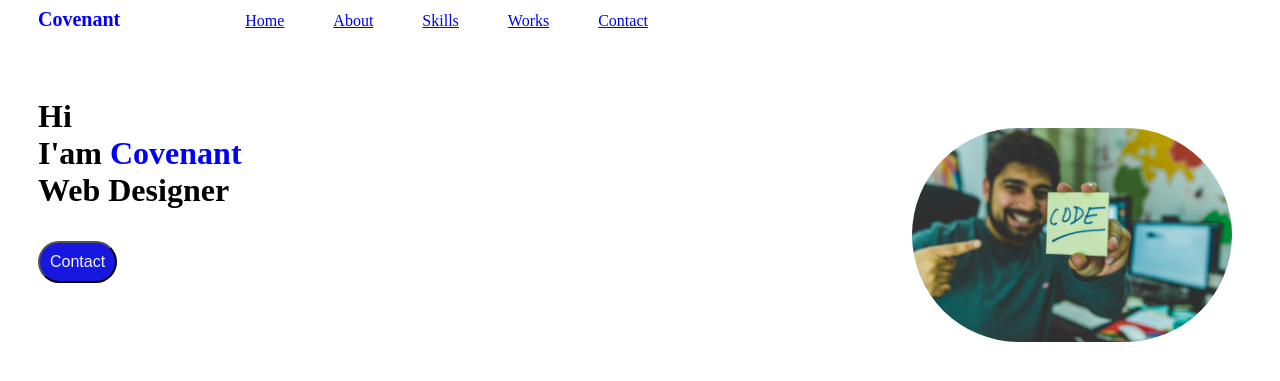
Repository: Tobby004/bdc-assignment-1
Page: index.html
These files come from the project's save history. The page is drawn as it stood at one moment and after the next save; the edit follows.
The browser window is 1280 px wide. The pictures show the whole page.

Above is the page before, as saved 2023-02-09 11:18:02.

### index.html
<!DOCTYPE html>
<html lang="en">
<head>
    <meta charset="UTF-8">
    <meta http-equiv="X-UA-Compatible" content="IE=edge">
    <meta name="viewport" content="width=device-width, initial-scale=1.0">
    <title>Document</title>
    <link rel="stylesheet" href="task.css">
</head>
<body>
    <header>
        <b>
            Covenant
        </b>
        <a href="#">
            Home</a>
            <a href="#">About</a>
            <a href="#">Skills</a>
            <a href="#">Works</a>
            <a href="#">Contact</a>
    </header>
    <br>
    <br>
    <div id="wrapper">
   <img src="image/Cov.jpg">

   <h1>Hi <br> I'am <b>Covenant</b><br> Web Designer</h1>
<button>Contact</button>
    </div>
</body>
</html>

### task.css
* {
    box-sizing: border-box;
}
header{
    max-width: 500%;
    display: flexbox;
    color: blue;
    margin-left: 20px;
}
header b {
font-size: 20px;
padding: 10px;
margin-right: 100px;
width: 100%;
justify-content: space-between;
}
header a {
    max-width: 500%;
    margin-inline-end: 50px;
    padding: 10px;
    margin-right: 25px;
}
img{
    width: 400px;
    padding: 40px;
    float: right;
    border-radius: 500px;
}
h1 b {
    color: blue;
}
button {
    background-color: rgb(23, 23, 224);
    font-size: medium;
    display: block;
    color: whitesmoke;
    padding: 10px;
    border-radius: 35px;
    margin-left: 30px;
}
h1 {
    padding-block-end: 10px;
    padding-block: 10px;
    stroke-width: 10px;
    margin-left: 30px;
}

After the next save:
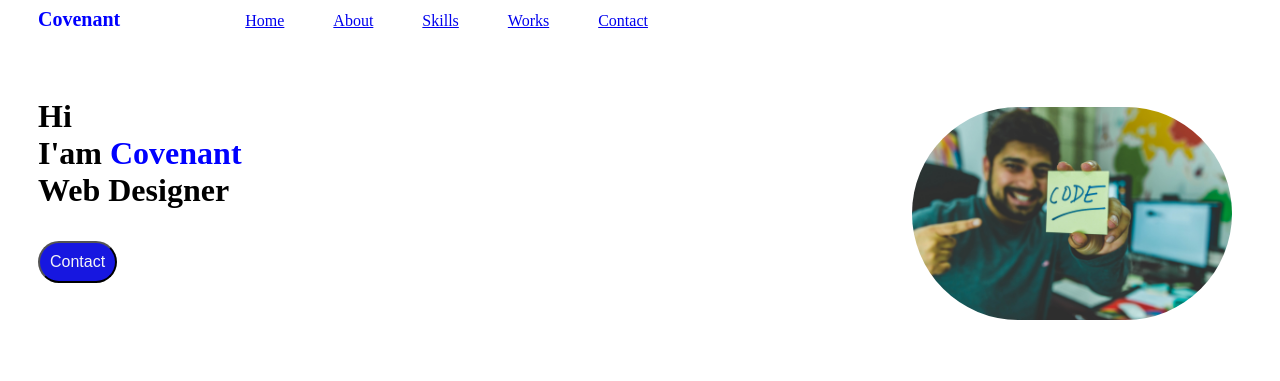
Saved 4 days later.
--- a/index.html
+++ b/index.html
@@ -21,7 +21,6 @@
     </header>
     <br>
     <br>
-    <div id="wrapper">
    <img src="image/Cov.jpg">
 
    <h1>Hi <br> I'am <b>Covenant</b><br> Web Designer</h1>

After the save that followed:
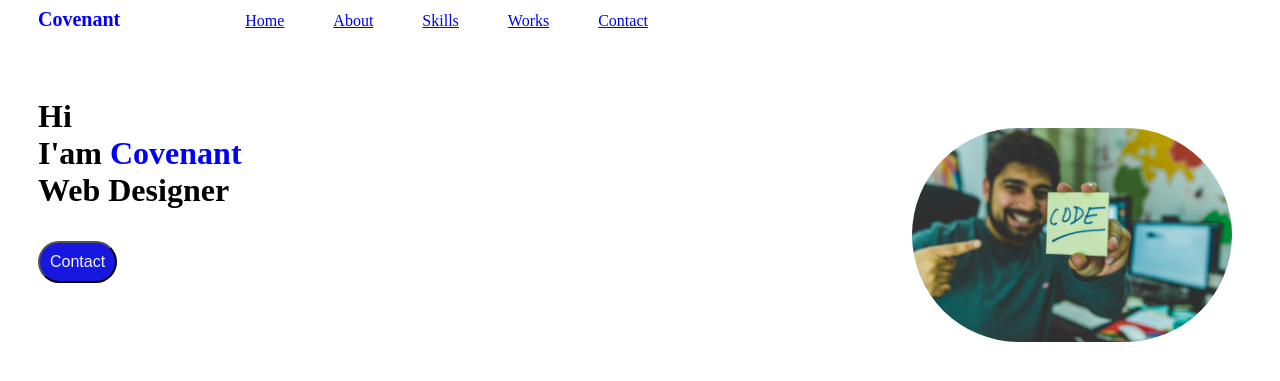
Saved 6 min 47 s later.
--- a/index.html
+++ b/index.html
@@ -21,6 +21,7 @@
     </header>
     <br>
     <br>
+    <div id="wrapped">
    <img src="image/Cov.jpg">
 
    <h1>Hi <br> I'am <b>Covenant</b><br> Web Designer</h1>
